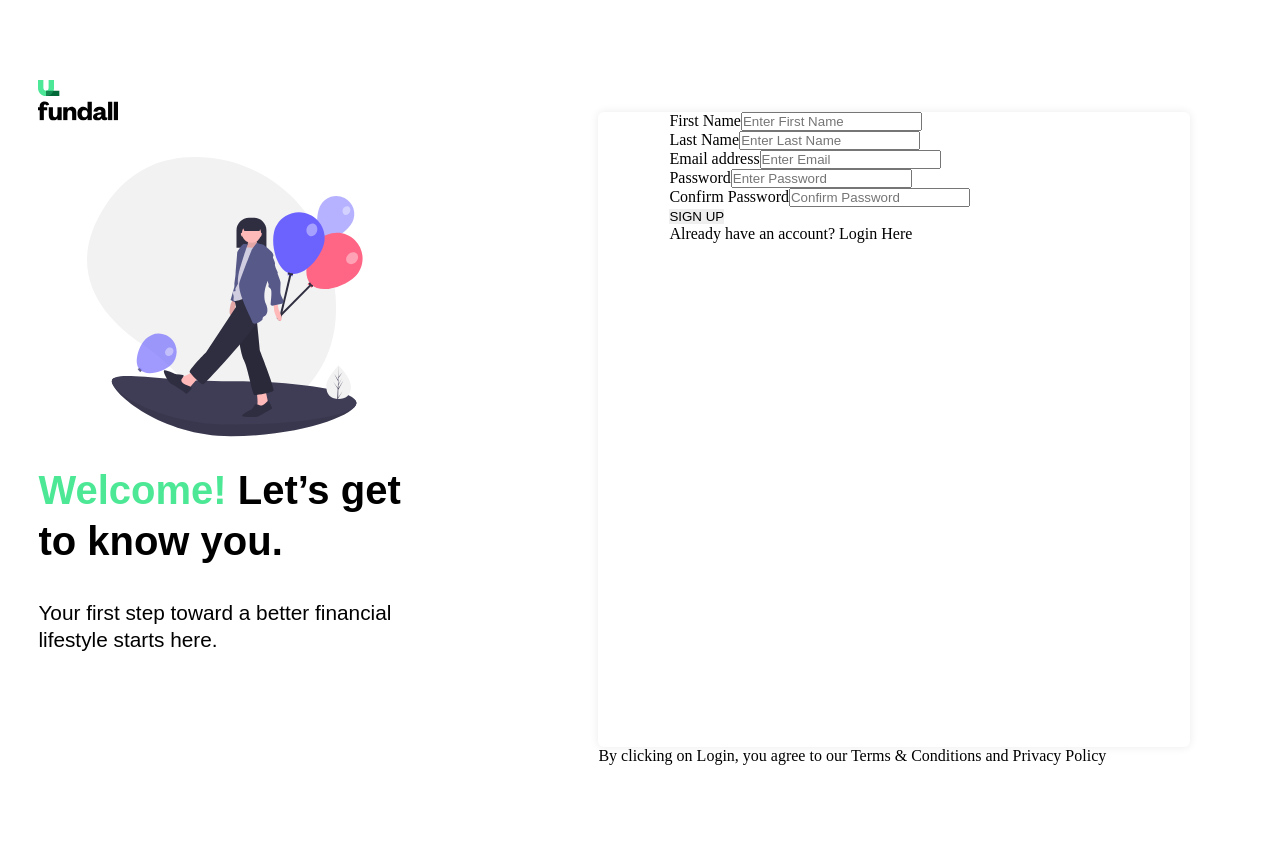
Repository: nilesjamex/niffty
Page: /signup
An editor plug-in stored every save of this project. The page is shown before and after the next save, followed by the edit.
The browser window is 1280 px wide. The pictures show the whole page.
The project was rebuilt for these pictures with package versions that can differ from the ones it lists, and the page was loaded fresh each time. Also part of the build but not shown: src/components/Nav.vue, src/views/Home.vue.

Above is the page before, as saved 2022-04-16 18:39:09.

After the next save:
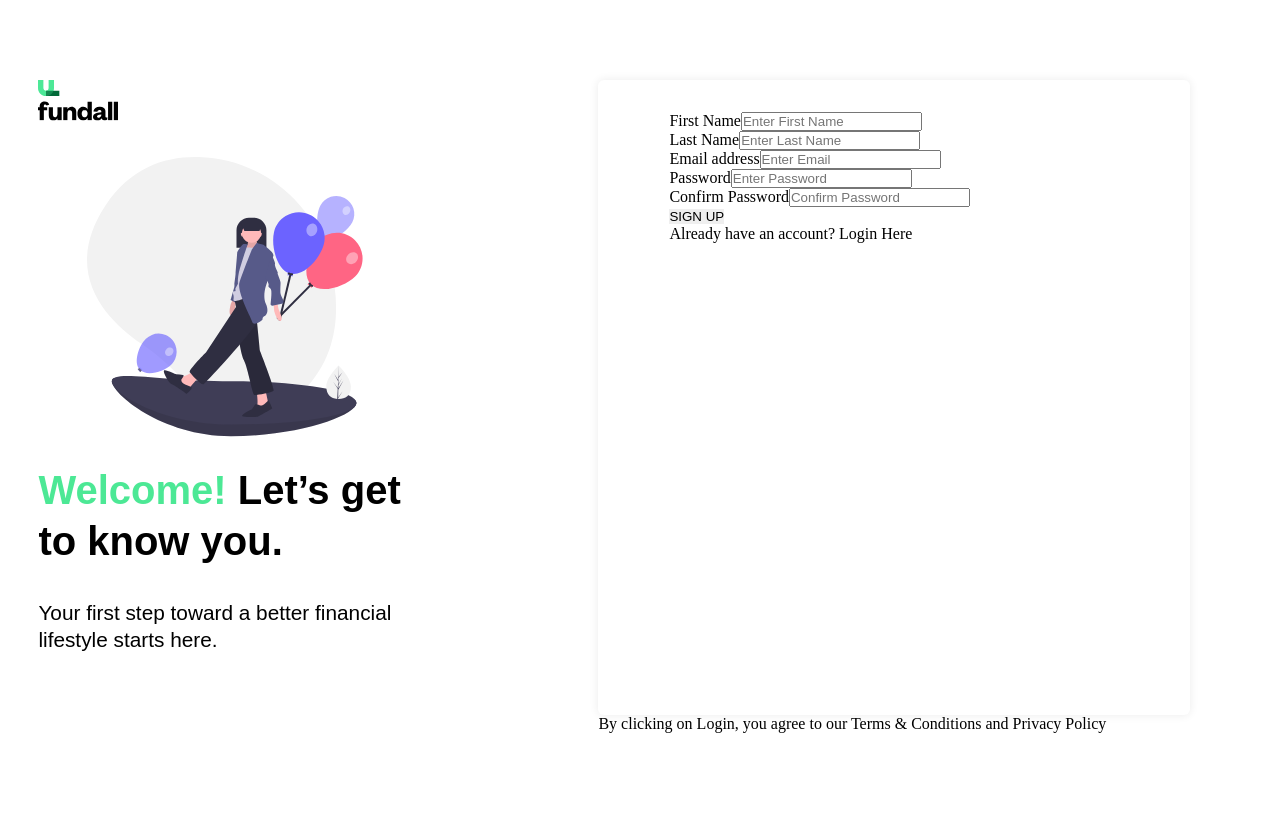
Saved 4 min 47 s later.
--- a/src/views/SignUp.vue
+++ b/src/views/SignUp.vue
@@ -113,9 +113,10 @@ form {
     border-radius: 6px;
     width: 592px;
     height: 635px;
+    padding: 2rem 1rem;
 }
 .signup--form--container {
-    margin: 2rem auto;
+    margin: 0 auto;
     width: 450px;
 }
 </style>
